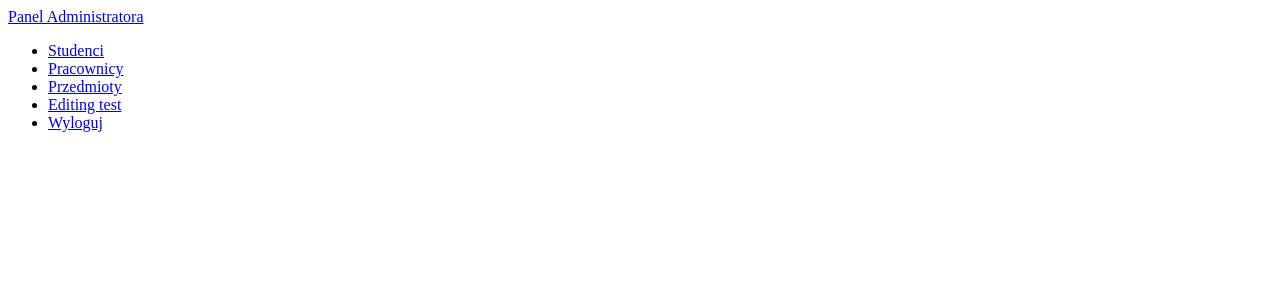
Repository: wojciechDrozd/php
Page: http://localhost/teacherMenuBar.php
An editor plug-in stored every save of this project. The page is shown before and after the next save, followed by the edit.
The browser window is 1280 px wide. The pictures show the whole page.
The page is run by PHP 8.4 with error messages shown; the project is at /var/www/html/.

Above is the page before, as saved 2017-04-15 05:29:01.

### 1/CRUDexample/teacherMenuBar.php
<nav class="navbar navbar-default">
  <div class="container-fluid">
    <div class="navbar-header">
      <a class="navbar-brand" href="adminPanel.php">Panel Administratora</a>
    </div>
    <ul class="nav navbar-nav">
      <li><a href="studentsTable.php"">Studenci</a></li>
      <li><a href="teachersTable.php">Pracownicy</a></li>
      <li><a href="classesTable.php">Przedmioty</a></li>
      <li><a href="editingTest.php">Editing test</a></li>
      <li><a href="ajax/logout.php">Wyloguj</a></li>
    </ul>
  </div>
</nav>


<!-- <div class="container">
<div class="row">
		<div class="col-md-12">
			<h1><b>Dziekanat</b></h1>
			<h2>Panel Administratora</h2><br/><br/>
		</div>
	</div>
	<div class="row">
		<div class="container">
			<a href="studentsTable.php" class="btn btn-info" role="button">Studenci</a>
			<a href="teachersTable.php" class="btn btn-info" role="button">Pracownicy</a>
			<a href="classesTable.php" class="btn btn-info" role="button">Przedmioty</a>
			<a href="ajax/logout.php" class="btn btn-danger" role="button">Wyloguj</a>
			<br/>
		</div>
	</div>
</div>

 -->

After the next save:
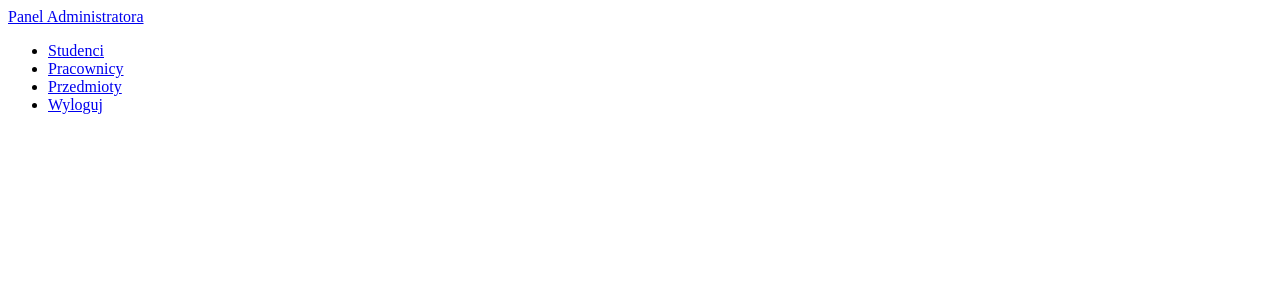
Saved 61 min 30 s later.
--- a/1/CRUDexample/teacherMenuBar.php
+++ b/1/CRUDexample/teacherMenuBar.php
@@ -7,29 +7,7 @@
       <li><a href="studentsTable.php"">Studenci</a></li>
       <li><a href="teachersTable.php">Pracownicy</a></li>
       <li><a href="classesTable.php">Przedmioty</a></li>
-      <li><a href="editingTest.php">Editing test</a></li>
       <li><a href="ajax/logout.php">Wyloguj</a></li>
     </ul>
   </div>
 </nav>
-
-
-<!-- <div class="container">
-<div class="row">
-		<div class="col-md-12">
-			<h1><b>Dziekanat</b></h1>
-			<h2>Panel Administratora</h2><br/><br/>
-		</div>
-	</div>
-	<div class="row">
-		<div class="container">
-			<a href="studentsTable.php" class="btn btn-info" role="button">Studenci</a>
-			<a href="teachersTable.php" class="btn btn-info" role="button">Pracownicy</a>
-			<a href="classesTable.php" class="btn btn-info" role="button">Przedmioty</a>
-			<a href="ajax/logout.php" class="btn btn-danger" role="button">Wyloguj</a>
-			<br/>
-		</div>
-	</div>
-</div>
-
- -->
